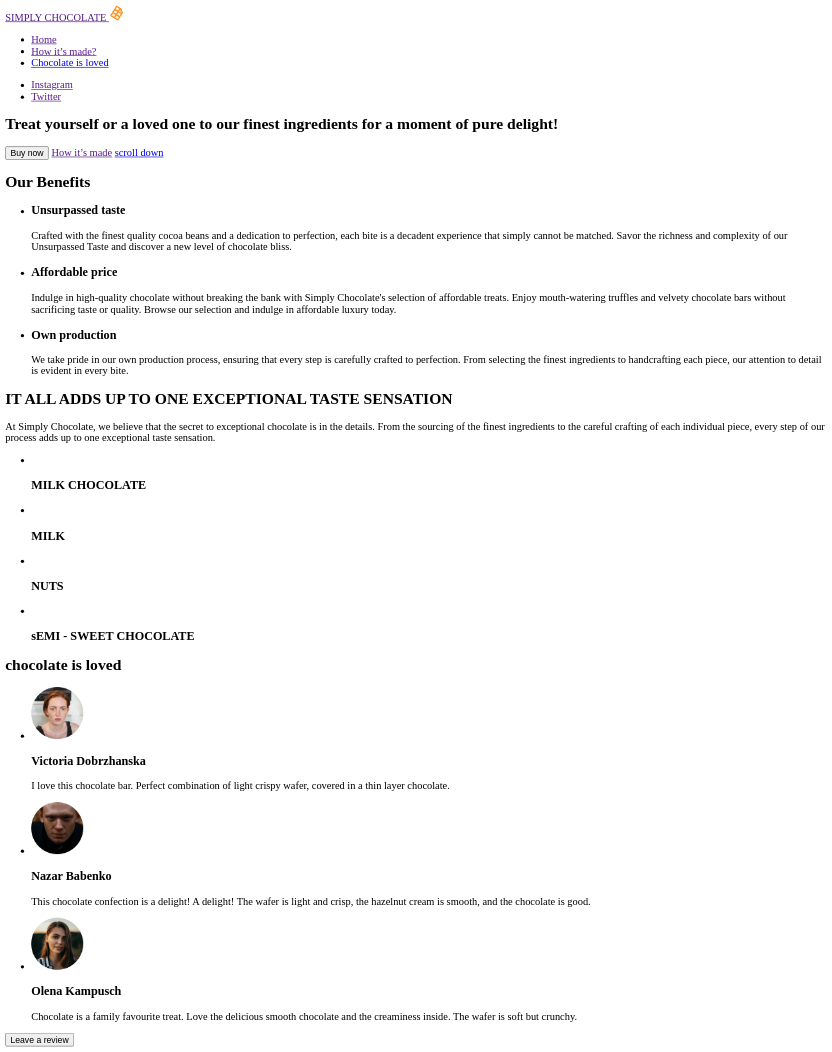
Repository: Sofiia-Khomyk/goit-markup-class-01
Page: index.html
The author's editor kept a copy of each file at every save. The page is drawn from the files as they stood at one save, then again after the next save.
The browser window is 1280 px wide. The pictures show the whole page, at 65% of full size.

Above is the page before, as saved 2024-11-11 15:56:18.

### index.html
<!DOCTYPE html>
<html lang="en">
  <head>
    <meta charset="UTF-8" />
    <meta name="viewport" content="width=device-width, initial-scale=1.0" />
    <title>Chocolate</title>
  </head>
  <body>
    <!-- Page Header -->
    <header>
      <nav>
        <a href=""
          >SIMPLY CHOCOLATE
          <img src="./images/chocolate-logo.svg" alt="site logo" />
        </a>
        <ul>
          <li>
            <a href="">Home</a>
          </li>
          <li>
            <a href="">How it’s made?</a>
          </li>
          <li>
            <a href="#reviews">Chocolate is loved</a>
          </li>
        </ul>
      </nav>
      <ul>
        <li>
          <a href="" target="_blank" rel="noopener noreferrer">Instagram</a>
        </li>
        <li>
          <a href="" target="_blank" rel="noopener noreferrer">Twitter</a>
        </li>
      </ul>
    </header>

    <main>
      <!-- Hero Section -->
      <section>
        <h1>
          Treat yourself or a loved one to our finest ingredients for a moment
          of pure delight!
        </h1>
        <button type="button">Buy now</button>
        <a href="">How it’s made</a>
        <a href="#benefits">scroll down</a>
      </section>
      <!-- Our Benefits -->
      <section id="benefits">
        <h2>Our Benefits</h2>
        <ul>
          <li>
            <h3>Unsurpassed taste</h3>
            <p>
              Crafted with the finest quality cocoa beans and a dedication to
              perfection, each bite is a decadent experience that simply cannot
              be matched. Savor the richness and complexity of our Unsurpassed
              Taste and discover a new level of chocolate bliss.
            </p>
          </li>
          <li>
            <h3>Affordable price</h3>
            <p>
              Indulge in high-quality chocolate without breaking the bank with
              Simply Chocolate's selection of affordable treats. Enjoy
              mouth-watering truffles and velvety chocolate bars without
              sacrificing taste or quality. Browse our selection and indulge in
              affordable luxury today.
            </p>
          </li>
          <li>
            <h3>Own production</h3>
            <p>
              We take pride in our own production process, ensuring that every
              step is carefully crafted to perfection. From selecting the finest
              ingredients to handcrafting each piece, our attention to detail is
              evident in every bite.
            </p>
          </li>
        </ul>
      </section>
      <!-- Ingredients Section -->
      <section>
        <h2>IT ALL ADDS UP TO ONE EXCEPTIONAL TASTE SENSATION</h2>
        <p>
          At Simply Chocolate, we believe that the secret to exceptional
          chocolate is in the details. From the sourcing of the finest
          ingredients to the careful crafting of each individual piece, every
          step of our process adds up to one exceptional taste sensation.
        </p>
        <ul>
          <li>
            <img src="" alt="" />
            <h3>MILK CHOCOLATE</h3>
          </li>
          <li>
            <img src="" alt="" />
            <h3>MILK</h3>
          </li>
          <li>
            <img src="" alt="" />
            <h3>NUTS</h3>
          </li>
          <li>
            <img src="" alt="" />
            <h3>sEMI - SWEET CHOCOLATE</h3>
          </li>
        </ul>
      </section>
      <section><h2></h2></section>
      <!-- Reviews Section -->
      <section id="reviews">
        <h2>chocolate is loved</h2>
        <ul>
          <li>
            <img
              src="./images/reviews/vic-dob.png"
              alt="Victoria Dobrorzanska avatar"
              width="80"
              height="80"
            />
            <h3>Victoria Dobrzhanska</h3>
            <p>
              I love this chocolate bar. Perfect combination of light crispy
              wafer, covered in a thin layer chocolate.
            </p>
          </li>
          <li>
            <img
              src="./images/reviews/naz-bab.png"
              alt="Nazar Babenko avatar"
              width="80"
              height="80"
            />
            <h3>Nazar Babenko</h3>
            <p>
              This chocolate confection is a delight! A delight! The wafer is
              light and crisp, the hazelnut cream is smooth, and the chocolate
              is good.
            </p>
          </li>
          <li>
            <img
              src="./images/reviews/olen-kam.png"
              alt="Olena Kampusch avatar"
              width="80"
              height="80"
            />
            <h3>Olena Kampusch</h3>
            <p>
              Chocolate is a family favourite treat. Love the delicious smooth
              chocolate and the creaminess inside. The wafer is soft but
              crunchy.
            </p>
          </li>
        </ul>
        <button type="button">Leave a review</button>
      </section>
    </main>
    <footer></footer>
  </body>
</html>

After the next save:
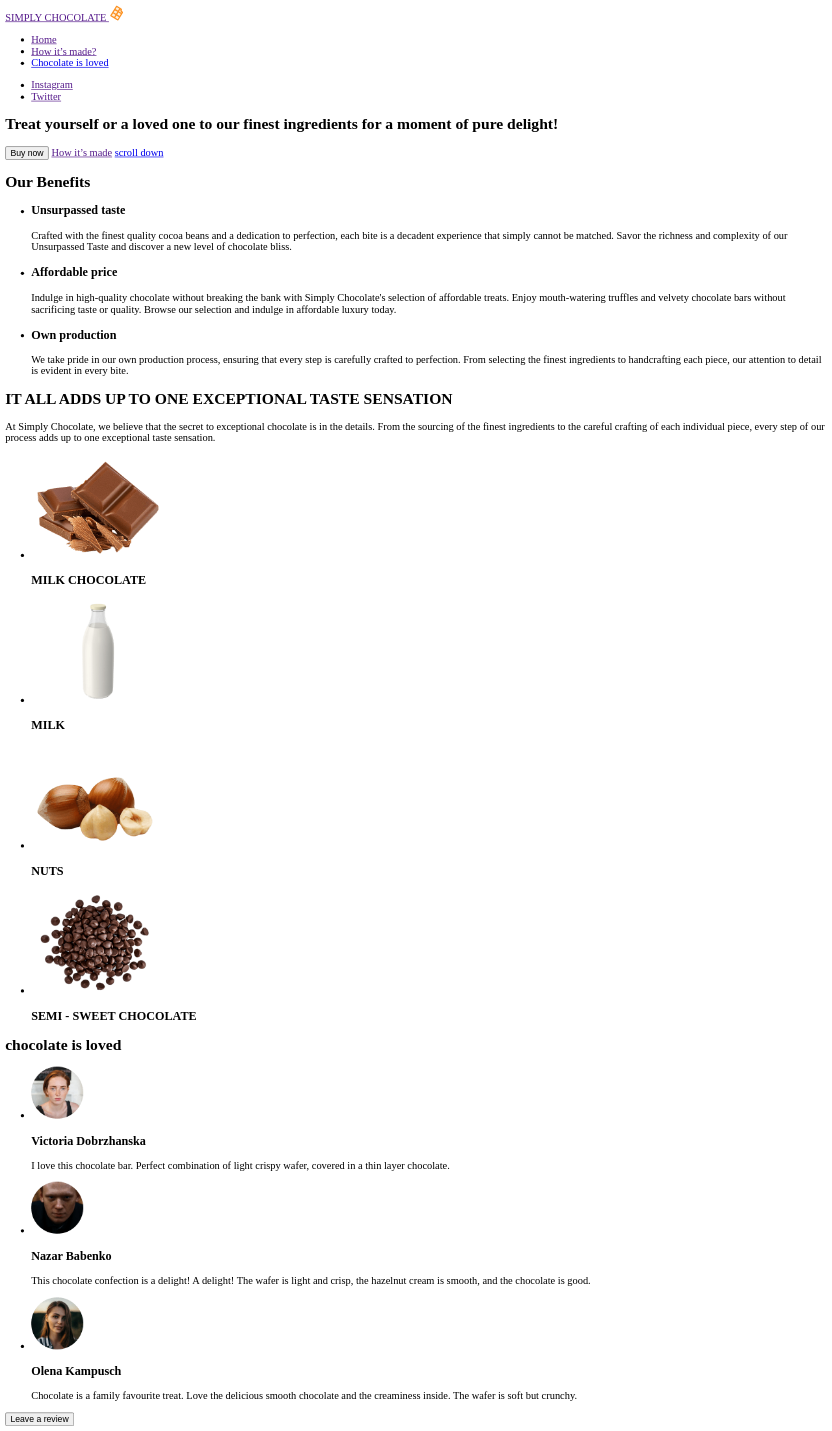
Saved 9 min 2 s later.
--- a/index.html
+++ b/index.html
@@ -91,20 +91,23 @@
         </p>
         <ul>
           <li>
-            <img src="" alt="" />
+            <img
+              src="./images/ingredients/milk-chocolate.png"
+              alt="Milk chocolate"
+            />
             <h3>MILK CHOCOLATE</h3>
           </li>
           <li>
-            <img src="" alt="" />
+            <img src="./images/ingredients/milk.png" alt="Milk" />
             <h3>MILK</h3>
           </li>
           <li>
-            <img src="" alt="" />
+            <img src="./images/ingredients/nuts.png" alt="Nuts" />
             <h3>NUTS</h3>
           </li>
           <li>
-            <img src="" alt="" />
-            <h3>sEMI - SWEET CHOCOLATE</h3>
+            <img src="./images/ingredients/coffee.png" alt="Coffee" />
+            <h3>SEMI - SWEET CHOCOLATE</h3>
           </li>
         </ul>
       </section>
